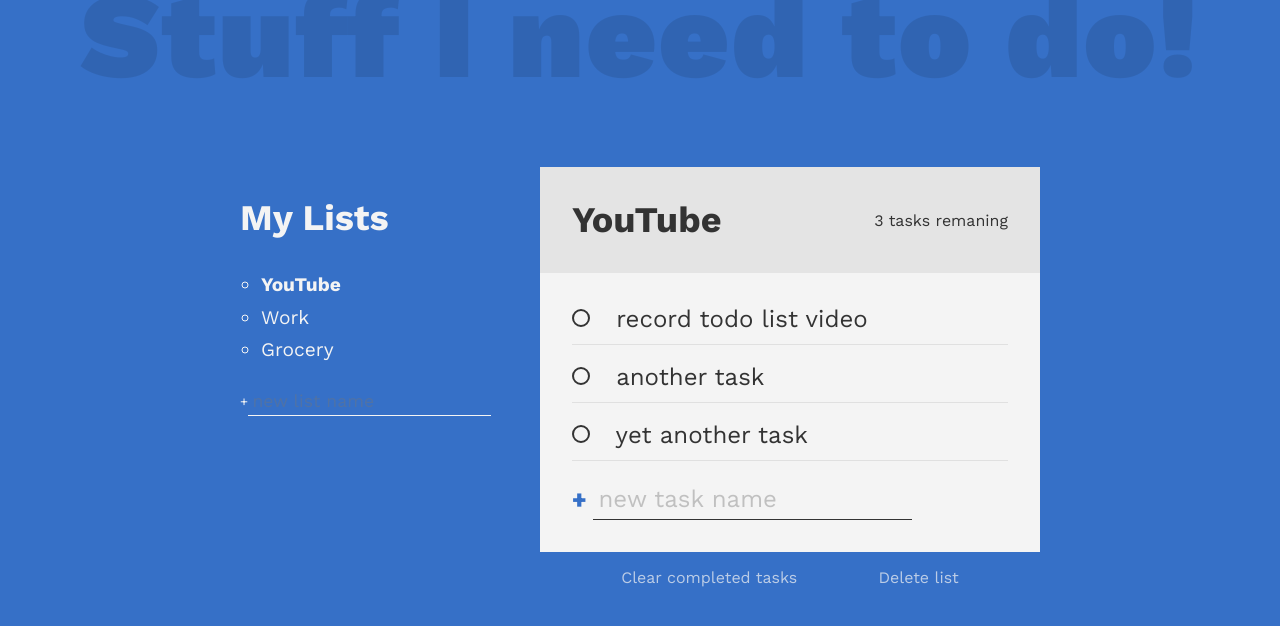
Repository: PratypartyY2K/JavaScript-Projects
Page: Better-ToDo-App/index.html
The author's editor kept a copy of each file at every save. The page is drawn from the files as they stood at one save, then again after the next save.
The browser window is 1280 px wide. The pictures show the whole page.

Above is the page before, as saved 2021-07-06 10:37:01.
Console error: TypeError: Cannot read properties of null (reading 'addEventListener')

After the next save:
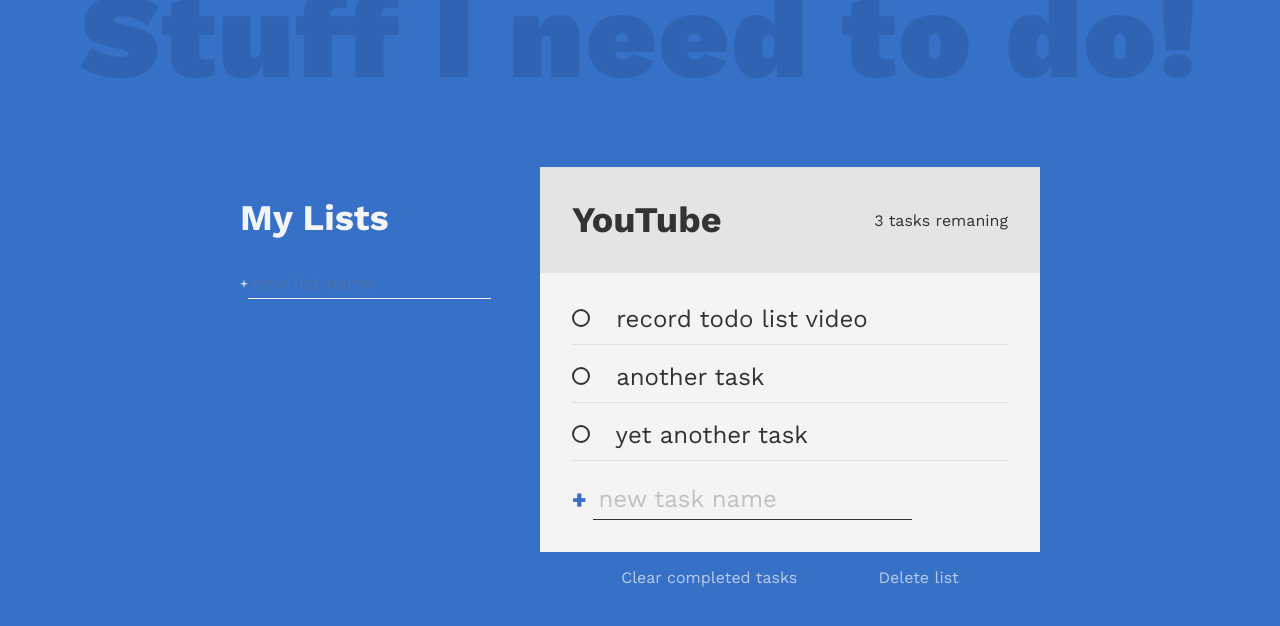
Saved 2 s later.
--- a/Better-ToDo-App/index.html
+++ b/Better-ToDo-App/index.html
@@ -6,23 +6,25 @@
     <meta name="viewport" content="width=device-width, initial-scale=1.0" />
     <link rel="stylesheet" href="styles.css" />
     <title>ToDo App</title>
-    <script src="script.js"></script>
+    <script defer src="script.js"></script>
+    <!--loads the javascript after the html is done loading-->
   </head>
 
   <body>
     <h1 class="title">Stuff I need to do!</h1>
     <div class="all-tasks">
       <h2 class="task-list-title">My Lists</h2>
-      <ul class="task-list">
+     <!--  <ul class="task-list" data-lists>
         <li class="list-name active-list">YouTube</li>
         <li class="list-name">Work</li>
         <li class="list-name">Grocery</li>
-      </ul>
+      </ul> -->
 
-      <form action="">
+      <form action="" data-new-list-form>
         <input
           type="text"
           class="new list"
+          data-new-list-input
           placeholder="new list name"
           aria-label="new list name"
         />
